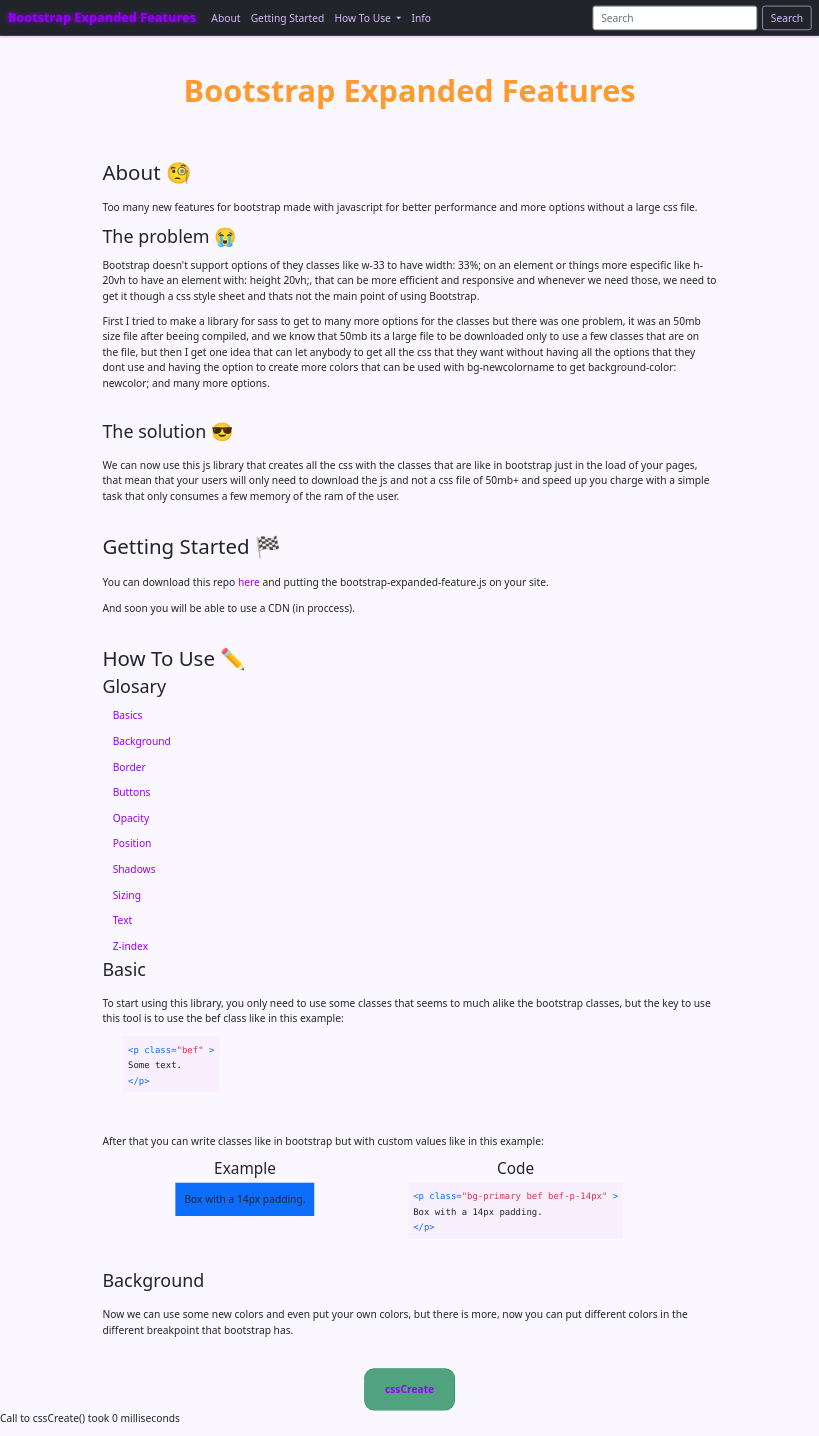
Repository: LynxPardelle/bootstrap-expanded-features
Page: index.html
These files come from the project's save history. The page is drawn as it stood at one moment and after the next save; the edit follows.
The browser window is 1280 px wide. The pictures show the whole page, at 64% of full size.

Above is the page before, as saved 2022-01-02 05:40:42.

After the next save:
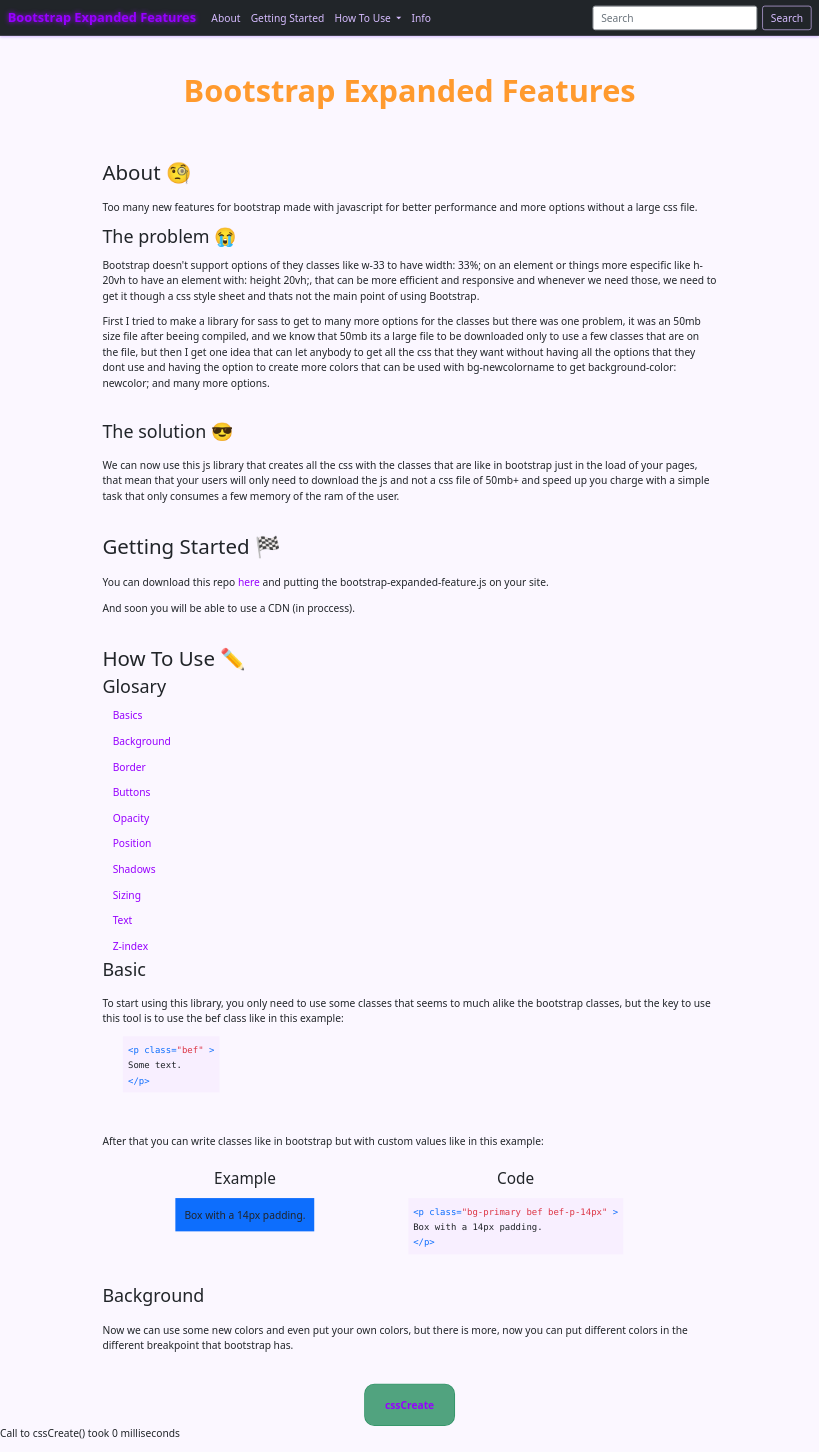
Saved 8 s later.
--- a/index.html
+++ b/index.html
@@ -263,13 +263,13 @@
             </p>
             <div class="d-flex justify-content-evenly">
               <div>
-                <h4 class="text-center">Example</h4>
+                <h4 class="text-center my-3">Example</h4>
                 <p class="bg-primary bef bef-p-14px">
                   Box with a 14px padding.
                 </p>
               </div>
               <div>
-                <h4 class="text-center">Code</h4>
+                <h4 class="text-center my-3">Code</h4>
                 <p class="d-inline-block p-2 bef bef-m-0rem__2rem__3rem__2rem bef-bg-futurePop__OPA__0_03">
                   <code class="text-dark">
                     <span class="text-primary">
